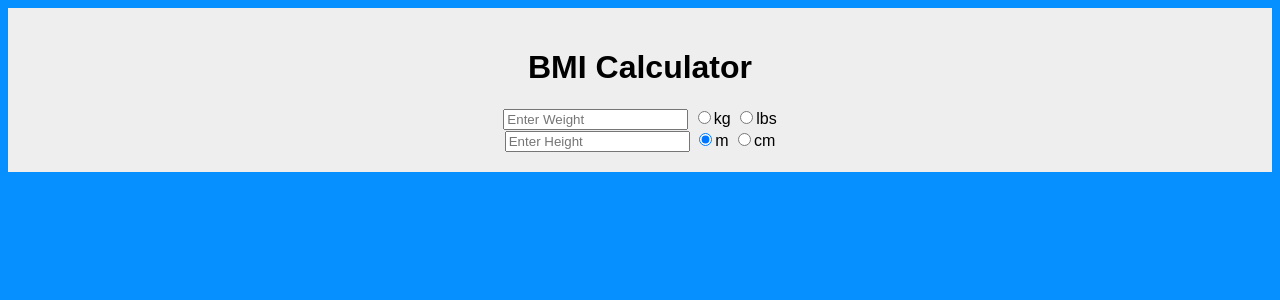
Repository: shayanabedi98/bmi-calculator
Page: index.html
These files come from the project's save history. The page is drawn as it stood at one moment and after the next save; the edit follows.
The browser window is 1280 px wide. The pictures show the whole page.

Above is the page before, as saved 2023-07-24 13:35:34.

### index.html
<!DOCTYPE html>
<html lang="en">
<head>
    <meta charset="UTF-8">
    <meta name="viewport" content="width=device-width, initial-scale=1.0">
    <title>BMI Calculator</title>
    <link rel="stylesheet" href="styles.css">
</head>
<body>
    <div class="card">
        <div class="bmi-calculator">
            <h1>BMI Calculator</h1>
            <div class="weight">
                <input type="number" placeholder="Enter Weight">
                <input type="radio" name="weight" checked><span>kg</span>
                <input type="radio" name="weight"><span>lbs</span>
            </div>
            <div class="height">
                <input type="number" placeholder="Enter Height">
                <input type="radio" name="weight" checked><span>m</span>
                <input type="radio" name="weight"><span>cm</span>
            </div>
        </div>
        <div class="bmi-chart">

        </div>
    </div>
</body>
</html>

### styles.css
body {
    background-color: #068FFF;
    font-family: sans-serif;
    text-align: center;
}

.card {
    background-color: #EEEEEE;
    padding: 20px;
}

.weight {
    display: block;
}

.weight input[type='number']

h1 {
    margin-top: 0;
}

After the next save:
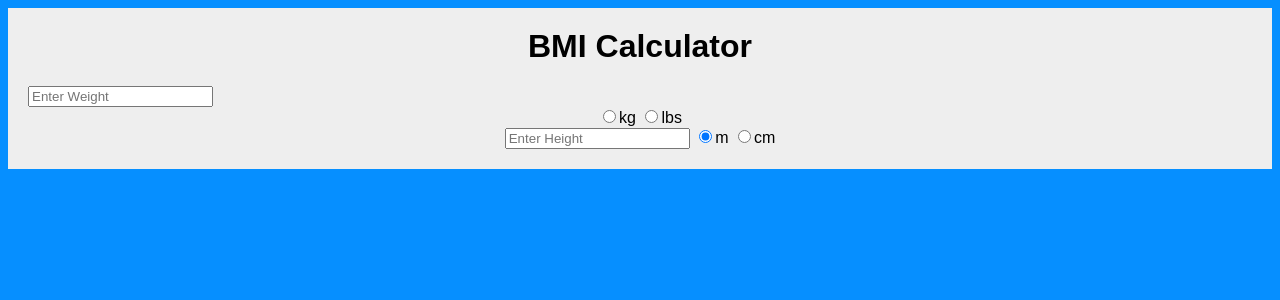
Saved 8 s later.
--- a/styles.css
+++ b/styles.css
@@ -13,7 +13,9 @@ body {
     display: block;
 }
 
-.weight input[type='number']
+.weight input[type='number'] {
+    display: block;
+}
 
 h1 {
     margin-top: 0;
